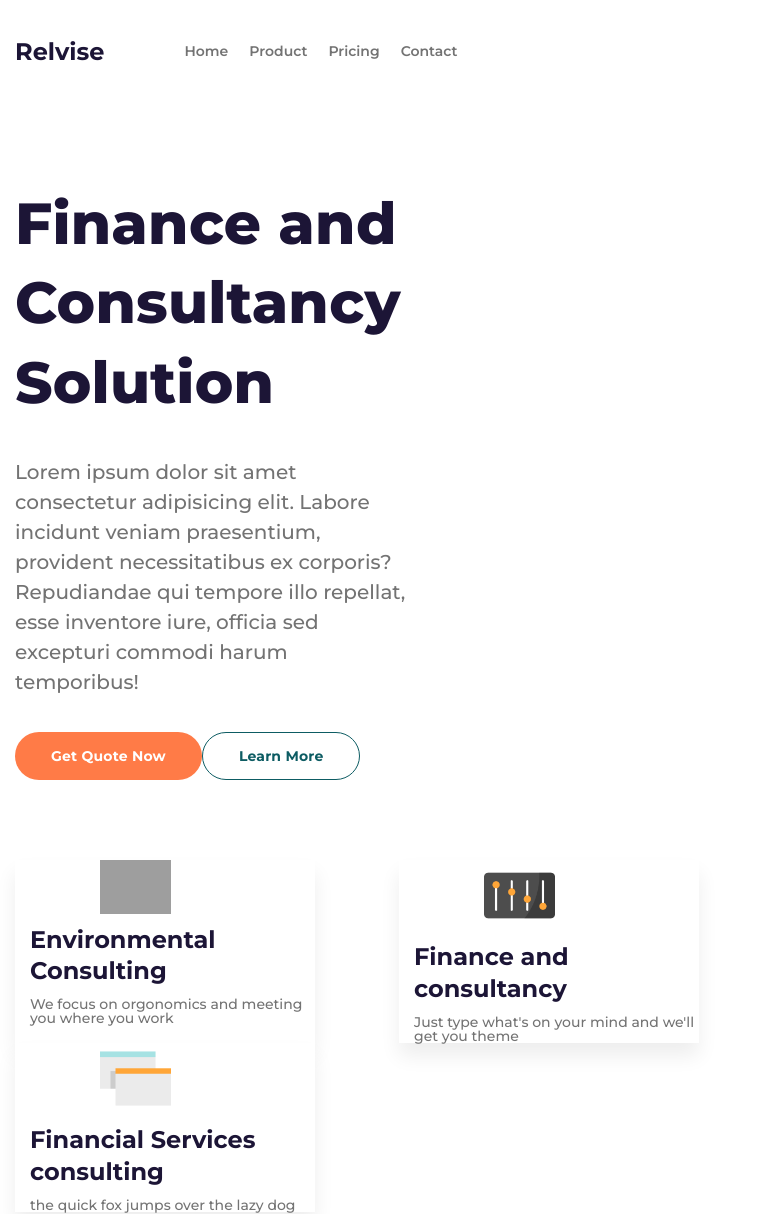
Repository: usalokiN/simple-project
Page: index.html
The author's editor kept a copy of each file at every save. The page is drawn from the files as they stood at one save, then again after the next save.
The browser window is 768 px wide. The pictures show the whole page.
Pictures or frames that could not be fetched are drawn as grey boxes.

Above is the page before, as saved 2022-01-16 23:28:43.

### index.html
<!DOCTYPE html>
<html lang="en">

<head>
    <meta charset="UTF-8">
    <meta http-equiv="X-UA-Compatible" content="IE=edge">
    <meta name="viewport" content="width=device-width, initial-scale=1.0">
    <link rel="stylesheet" href="https://fonts.googleapis.com/css?family=Montserrat:regular,500,600,700,800&display=swap">
    <link rel="stylesheet" href="css/style.css">
    <meta author="NikoDyachenko">
    <title>Simple project</title>


</head>

<body>
    <div class="wrapper">
        <header class="header">
            <div class="header__container _container">
                <a href="" class="header__logo">
                    Relvise
                </a>
                <nav class="header__menu menu">
                    <ul class="menu__list">
                        <li class="menu__item">
                            <a href="" class="menu__link">Home</a>
                        </li>
                        <li class="menu__item">
                            <a href="" class="menu__link">Product</a>
                        </li>
                        <li class="menu__item">
                            <a href="" class="menu__link">Pricing</a>
                        </li>
                        <li class="menu__item">
                            <a href="" class="menu__link">Contact</a>
                        </li>
                    </ul>
                </nav>
            </div>
    </div>
    </header>
    <main class="page">
        <div class="page__main-block main-block">
            <div class="main-block_containter _container">
                <div class="main-block__body">
                    <h1 class="main-block__title">Finance and Consultancy Solution</h1>
                    <div class="main-block__text">Lorem ipsum dolor sit amet consectetur adipisicing elit. Labore incidunt veniam praesentium, provident necessitatibus ex corporis? Repudiandae qui tempore illo repellat, esse inventore iure, officia sed excepturi commodi harum temporibus!

                    </div>
                    <div class="main-block__buttons">
                        <a href="" class="main-block__button main-block__button_orange">Get Quote Now</a>
                        <a href="" class="main-block__button main-block__button_border">Learn More</a>

                    </div>
                </div>
            </div>
        </div>
        <div class="main-block__image">
            <!-- <img src="" alt="cover"> -->
        </div>
        <div class="page__services services">
            <div class="services__conateiner _container">
                <div class="services__body">
                    <div class="services__column">
                        <div class="services__item item-service">
                            <div class="item-service__icon"><img src="img/icon-block1.png" alt="Environmental Consulting"></div>
                            <div class="item-service__title">Environmental Consulting</div>
                            <div class="item-service__text">We focus on orgonomics and meeting you where you work</div>

                        </div>
                    </div>
                    <div class="services__column">
                        <div class="services__item item-service">
                            <div class="item-service__icon"><img src="img/icon-block2.png" alt="Environmental Consulting"></div>
                            <div class="item-service__title">Finance and consultancy</div>
                            <div class="item-service__text">Just type what's on your mind and we'll get you theme</div>

                        </div>
                    </div>
                    <div class="services__column">
                        <div class="services__item item-service item-service__third-block">
                            <div class="item-service__icon"><img src="img/icon-block3.png" alt="Environmental Consulting"></div>
                            <div class="item-service__title">Financial Services consulting</div>
                            <div class="item-service__text">the quick fox jumps over the lazy dog</div>

                        </div>
                    </div>
                </div>
            </div>
        </div>
    </main>
    <footer class="footer "></footer>
    </div>
</body>

</html>

### css/style.css
                    *,
                     ::before,
                     ::after {
                        padding: 0;
                        margin: 0;
                        bottom: 0;
                        box-sizing: border-box;
                    }

                    a {
                        text-decoration: none;
                    }

                    ul,
                    ol,
                    li {
                        list-style: none;
                    }

                    img {
                        vertical-align: top;
                    }

                    h1,
                    h2,
                    h3,
                    h4,
                    h5,
                    h6 {
                        font-weight: inherit;
                        font-style: inherit;
                    }

                    html,
                    body {
                        height: 100%;
                        line-height: 1;
                        font-size: 14px;
                        font-weight: 500;
                        color: rgb(28, 21, 54);
                        font-family: Montserrat;
                    }

                    .wrapper {
                        /* max-height: 100%; */
                        overflow: hidden;
                    }
                    /* ================================================================================== */

                    ._container {
                        max-width: 1046px;
                        margin: 0px auto;
                        padding: 0 15px;
                    }

                    ._ibg {
                        position: relative;
                    }

                    .ibg img {
                        position: absolute;
                        width: 100%;
                        height: 100%;
                        top: 0;
                        left: 0;
                        object-fit: cover;
                    }
                    /* ----------------------------------------HEADER------------------------------------------------------- */

                    .header {
                        position: absolute;
                        width: 100%;
                        left: 0;
                        top: 0;
                        z-index: 50;
                    }

                    .header__container {
                        display: flex;
                        min-height: 104px;
                        align-items: center;
                    }

                    @media (max-width: 479px) {
                        .header__container {
                            min-height: 85px;
                        }
                    }

                    ._container {}

                    .header__logo {
                        font-size: 24px;
                        font-weight: 700;
                        color: inherit;
                    }

                    .header__menu {
                        margin: 0 0 0 133px;
                    }

                    @media (max-width: 992px) {
                        .header__menu {
                            margin: 0 0 0 80px;
                        }
                    }

                    @media (max-width: 762px) {
                        .header__menu {
                            margin: 0 0 0 40px;
                        }
                    }

                    @media (max-width: 479px) {
                        .header__menu {
                            margin: 0 0 0 20px;
                        }
                    }

                    .menu {
                        padding: 5px 0;
                    }

                    .menu__list {
                        display: flex;
                        flex-wrap: wrap;
                    }

                    .menu__item {}

                    .menu__item:not(:last-child) {
                        margin: 0 21px 0 0px;
                        /* Отступы у каждого кроме последнего элемента */
                    }

                    .menu__link {
                        color: #737373;
                        font-weight: 600;
                        line-height: calc(24/14 * 100%);
                        /*171% - процет отступа. Формула расчета при 14px шрифта*/
                    }

                    @media (max-width: 479) {
                        .menu__link {
                            font-size: 18px;
                        }
                    }
                    /* MAIN */

                    .page {
                        flex: 1 1 auto;
                    }
                    /* FOOTER */

                    .footer {}
                    /* MAIN-BLOCK */

                    .page__main-block {}

                    .main-block {
                        position: relative;
                        ;
                    }

                    .main-block_containter {}

                    ._container {}

                    .main-block__body {
                        padding: 184px 0px 191px 0px;
                        position: relative;
                        z-index: 2;
                        max-width: 400px;
                    }

                    .main-block__body>*:not(:last-child) {
                        margin: 0 0 35px 0;
                    }

                    .main-block__title {
                        font-size: 58px;
                        line-height: 137%;
                        font-weight: 800;
                        letter-spacing: 0.2px;
                    }

                    @media (max-width:497px) {
                        .main-block__title {
                            font-size: 42px;
                        }
                    }

                    .main-block__text {
                        color: #737373;
                        font-size: 20px;
                        line-height: 1.5;
                    }

                    .main-block__buttons {
                        display: inline-flex;
                        flex-wrap: wrap;
                        margin: -10px 0;
                    }

                    .main-block__button {
                        border-radius: 37px;
                        display: flex;
                        min-height: 48px;
                        justify-content: center;
                        align-items: center;
                        letter-spacing: 0.2px;
                        font-weight: 700;
                        line-height: 150%;
                        padding: 5px 36px;
                        text-align: center;
                        margin: 10px 0;
                    }

                    @media(max-width:479px) {
                        .main-block__button:not(:last-child) {
                            margin-right: 10px;
                        }
                    }

                    .main-block__button_orange {
                        background: #ff7b47;
                        color: #fff;
                    }

                    .main-block__button_border {
                        color: #0d5c63;
                        border: 1px solid #0d5c63;
                    }

                    .main-block__image {
                        position: absolute;
                        width: 100%;
                        height: 100%;
                        top: 0;
                        left: 0;
                    }

                    @media (max-width:1300px) {
                        .main-block__image img {
                            object-fit: right;
                        }
                    }

                    @media (max-width:992px) {
                        .main-block__image {
                            opacity: 0.5;
                        }
                    }
                    /* =================BLOCKS======================================= */

                    .page__services {
                        /* display: flex; */
                        margin: -111px 0 0 0;
                        position: relative;
                        z-index: 2;
                    }

                    .services {}

                    .services__conateiner {}

                    ._container {}

                    .services__body {
                        display: flex;
                        margin: 0 -15px;
                        flex-wrap: wrap;
                    }

                    .services__column {
                        padding: 0 15px;
                        flex: 0 1 33.333%;
                    }

                    @media (max-width:992px) {
                        .services__column {
                            flex: 0 1 50%;
                            margin: 0 0;
                        }
                    }

                    .services__item {
                        box-shadow: 0 13px 19px rgb(0, 0, 0, 0.07);
                        background-color: white;
                        padding: 0 0 0 15px;
                        height: 100%;
                        width: 300px;
                    }

                    .services__item>*:not(:last-child) {
                        margin: 0 0 10px 0;
                    }

                    .item-service .item-service {}

                    .item-service__icon {
                        padding: 0 0 0 70px;
                    }

                    .item-service__icon img {
                        width: 33%;
                    }

                    .item-service__title {
                        font-weight: 700;
                        font-size: 24px;
                        line-height: 133%;
                    }

                    .item-service__text {
                        color: #737373;
                    }

                    .item-service__third-block {
                        /* background-color: #68e6f1; */
                    }

After the next save:
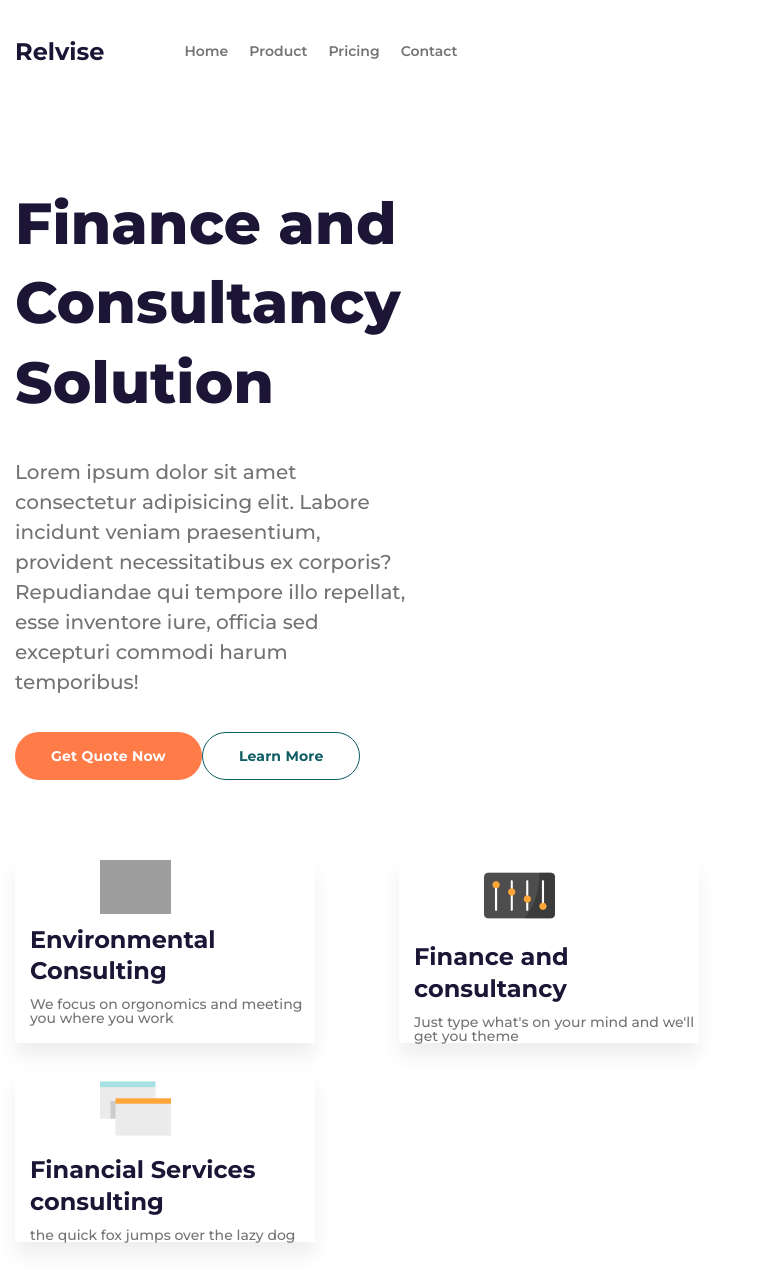
Saved 14 s later.
--- a/css/style.css
+++ b/css/style.css
@@ -280,7 +280,7 @@
                     @media (max-width:992px) {
                         .services__column {
                             flex: 0 1 50%;
-                            margin: 0 0;
+                            margin: 0 0 30px 0;
                         }
                     }
 
